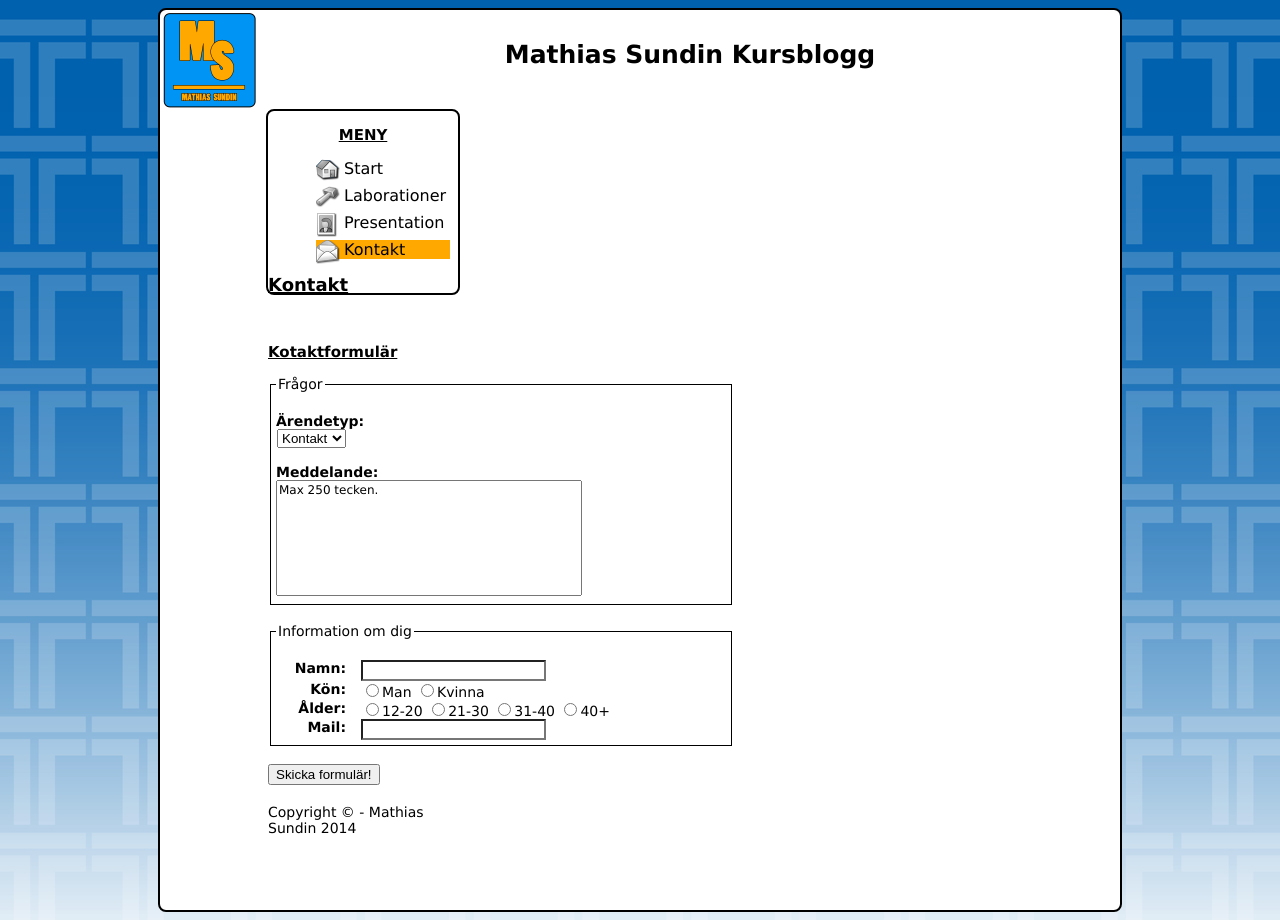
Repository: ms223uh/1ik415-laborationer
Page: www/pages/kontakt.html
The author's editor kept a record of every edit. The page is drawn from the files as they stood at one moment, then again after the next edit.
The browser window is 1280 px wide. The pictures show the whole page.

Above is the page before.

After the next edit:
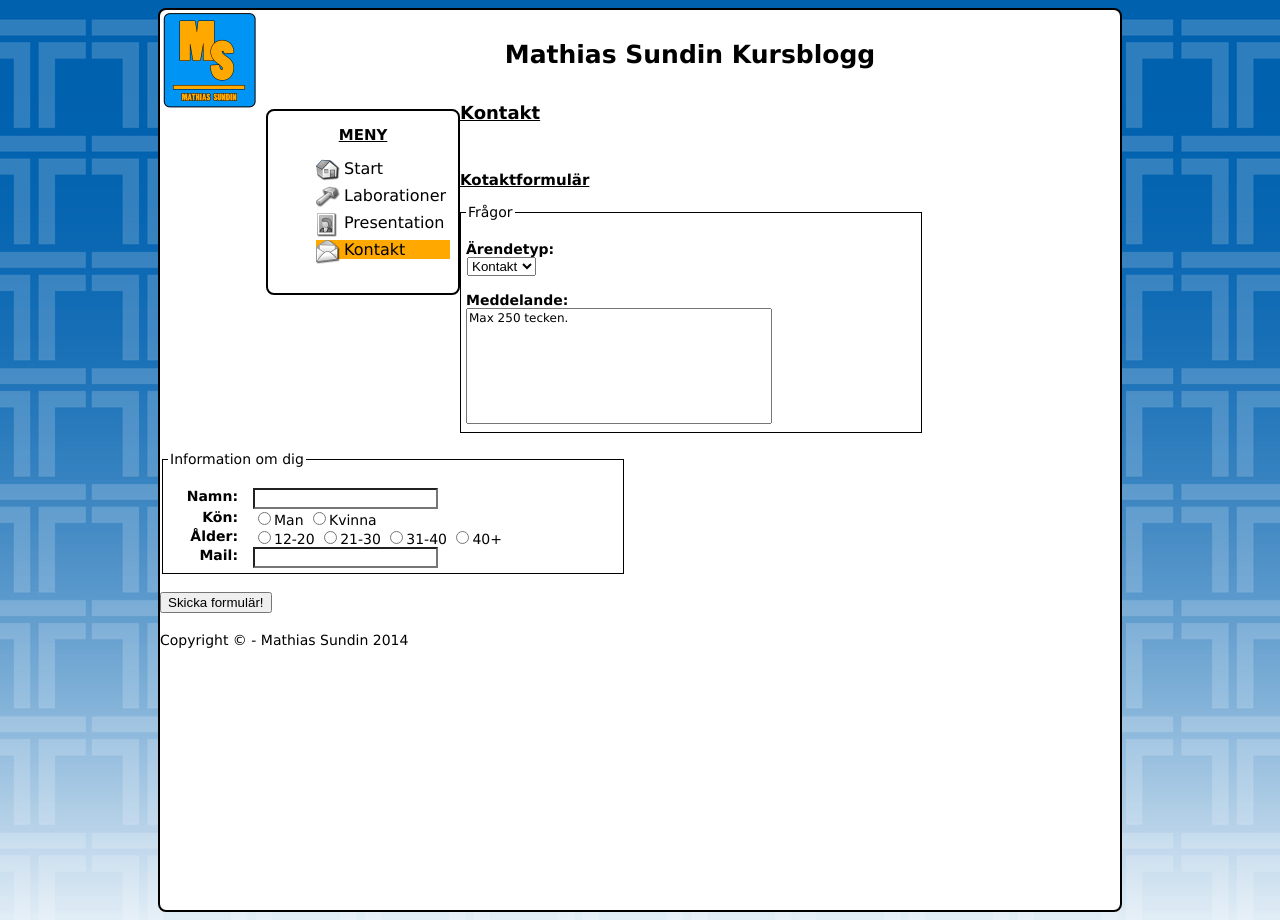
The edit:
--- a/www/pages/kontakt.html
+++ b/www/pages/kontakt.html
@@ -50,7 +50,7 @@
 
 
 
-</div>
+</nav>
 
         <div id="content">
 
